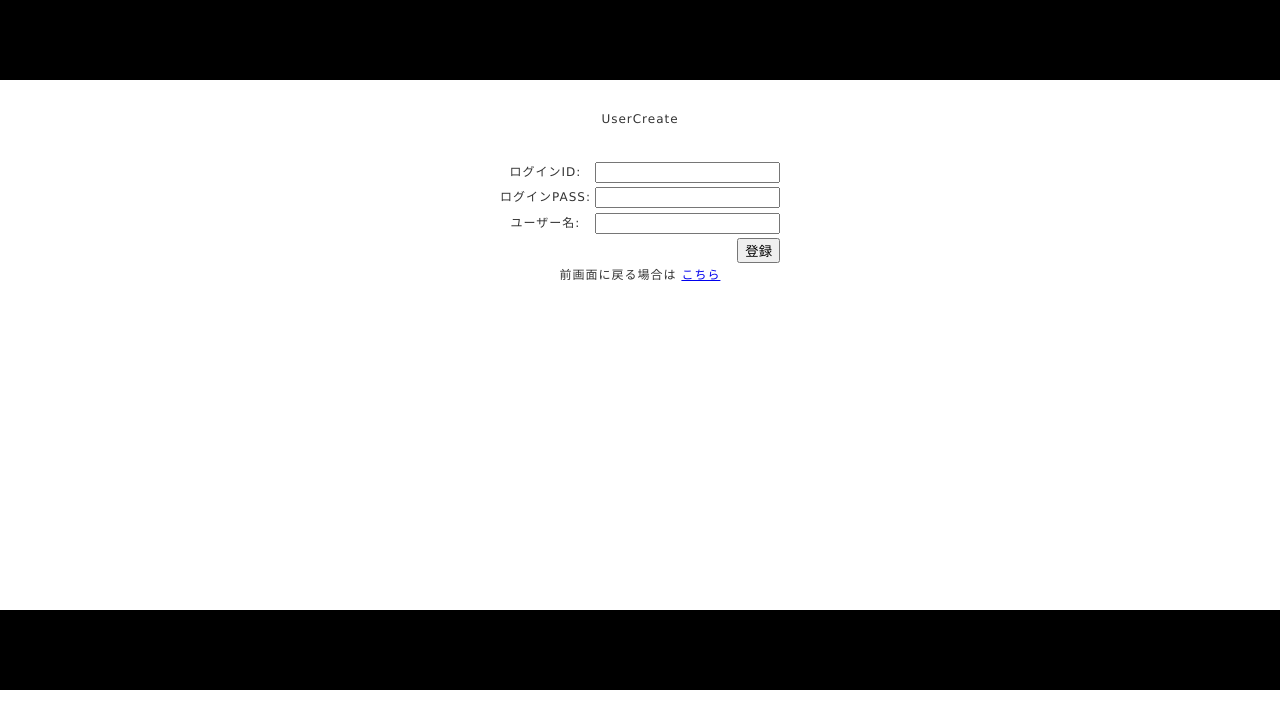
Repository: 0606kuramotomiho/test
Page: http://localhost/ecsite2/userCreate.jsp
An editor plug-in stored every save of this project. The page is shown before and after the next save, followed by the edit.
The browser window is 1280 px wide. The pictures show the whole page.
The page is served by Tomcat 9. Other server files are loaded and not shown.

Above is the page before, as saved 2018-07-24 08:15:41.

### ecsite2/WebContent/userCreate.jsp
<%@ page language="java" contentType="text/html; charset=UTF-8"
    pageEncoding="UTF-8"%>
<%@ taglib prefix="s" uri="/struts-tags" %>
<!DOCTYPE html>
<html>
<head>
<meta http-equiv="Content-Type" content="text/html; charset=UTF-8" />
<meta http-equiv="Content-Style" content="text/css" />
<meta http-equiv="Content-Script" content="text/javascript" />
<meta http-equiv="imagetoolbar" content="no" />
<meta name="description" content="" />
<meta name="keywords" content="" />
<title>UserCreate画面</title>

<style type="text/css">

body{
	margin: 0;
	padding: 0;
	line-height: 1.6;
	letter-spacing: 1px;
	font-family: Verdana, Helvetica,sans-serif;
	font-size: 12px;
	color: #333;
	background: #fff;
	}

table{
	text-align: center;
	margin: 0 auto;
	}

#top{
	width: 780px;
	margin: 30px auto;
	border: 1px solod #333;
	}

#header{
	width: 100%;
	height: 80px;
	background-color: black;
	}

#main{
	width: 100%;
	height: 500px;
	text-align: center;
	}

#footer{
	width: 100%;
	height: 80px;
	background-color: black;
	clear: both;
	}
</style>

</head>
<body>
	<div id="header">
		<div id="pr">
		</div>
	</div>

	<div id="main">
		<div id="top">
			<p>UserCreate</p>
		</div>
		<div>
			<s:if test="errorMessage != ''">
				<s:property value="errorMessage" escape="false" />
			</s:if>
			<table>
				<s:form action="UserCreateConfirmAction">
					<tr>
						<td>
							<label>ログインID:</label>
						</td>
						<td>
							<input type="text" name="loginUserId" value="" />
						</td>
					</tr>

					<tr>
						<td>
							<label>ログインPASS:</label>
						</td>
						<td>
							<input type="text" name="loginPassword" value="" />
						</td>
					</tr>

					<tr>
						<td>
							<label>ユーザー名:</label>
						</td>
						<td>
							<input type="text" name="userName" value="" />
						</td>
					</tr>
					<s:submit value="登録"/>


				</s:form>
			</table>

			<div>
				<span>前画面に戻る場合は</span>
				<a href='<s:url action="HomeAction" />'>こちら</a>
			</div>
		</div>
	</div>
	<div id="footer">
		<div id="pr">
		</div>
	</div>

</body>
</html>

After the next save:
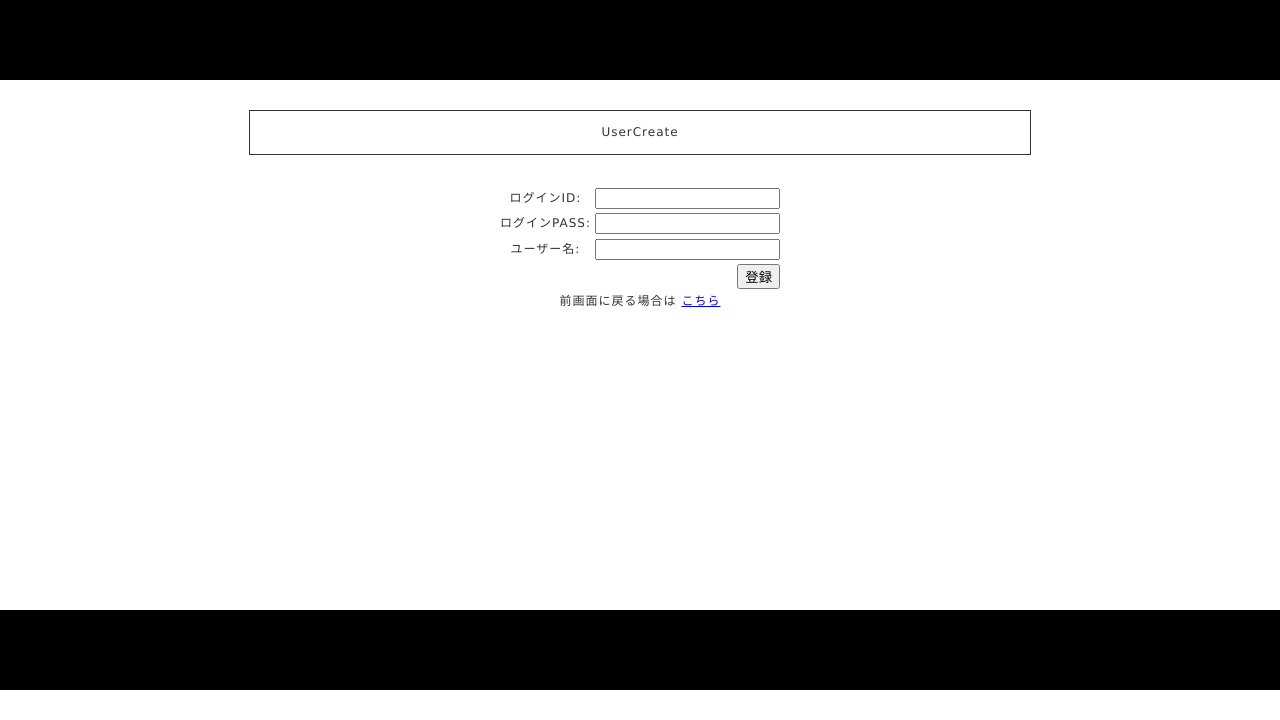
Saved 7 min 24 s later.
--- a/ecsite2/WebContent/userCreate.jsp
+++ b/ecsite2/WebContent/userCreate.jsp
@@ -5,8 +5,8 @@
 <html>
 <head>
 <meta http-equiv="Content-Type" content="text/html; charset=UTF-8" />
-<meta http-equiv="Content-Style" content="text/css" />
-<meta http-equiv="Content-Script" content="text/javascript" />
+<meta http-equiv="Content-Style-Type" content="text/css" />
+<meta http-equiv="Content-Script-Type" content="text/javascript" />
 <meta http-equiv="imagetoolbar" content="no" />
 <meta name="description" content="" />
 <meta name="keywords" content="" />
@@ -33,7 +33,7 @@ table{
 #top{
 	width: 780px;
 	margin: 30px auto;
-	border: 1px solod #333;
+	border: 1px solid #333;
 	}
 
 #header{
